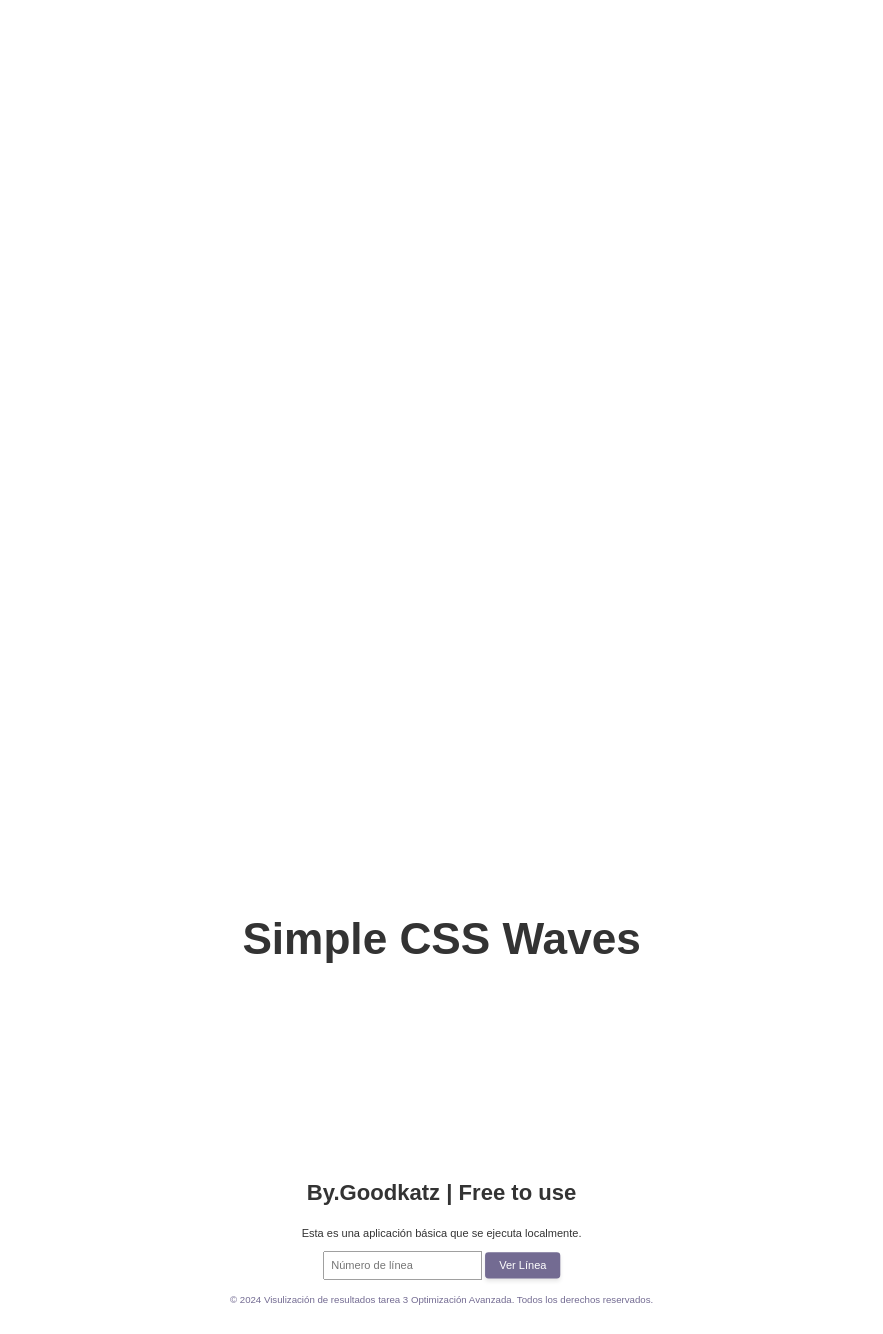
Repository: cflorido/Front_T3
Page: index.html
The author's editor kept a copy of each file at every save. The page is drawn from the files as they stood at one save, then again after the next save.
The browser window is 1280 px wide. The pictures show the whole page, at 69% of full size.

Above is the page before, as saved 2024-10-22 19:02:21.

### index.html
<!DOCTYPE html>
<html lang="es">
<head>
    <meta charset="UTF-8">
    <meta name="viewport" content="width=device-width, initial-scale=1.0">
    <title>Mi Aplicación HTML Básica</title>
    <style>
        body {
            font-family: Arial, sans-serif;
            background-color: #ffffff; /* Color de fondo */
            color: #333;
            text-align: center;
            padding: 20px;
        }
        button {
            padding: 10px 20px;
            font-size: 16px;
            cursor: pointer;
            background-color: #736B92; /* Color de fondo del botón */
            color: white; /* Color del texto */
            border: none; /* Sin borde */
            border-radius: 5px; /* Bordes redondeados */
            transition: background-color 0.3s; /* Efecto de transición */
            box-shadow: 0 4px 6px rgba(0, 0, 0, 0.1); /* Sombra */
        }
        button:hover {
            background-color: #7D5C65; /* Color más oscuro al pasar el mouse */
        }
        #contenido {
            margin-top: 20px;
            padding: 10px;
            border: 1px solid #7C90DB; /* Borde color */
            background-color: #fff; /* Fondo blanco */
            border-radius: 8px; /* Bordes redondeados */
            box-shadow: 0 2px 10px rgba(0, 0, 0, 0.2); /* Sombra */
            display: none; /* Oculto por defecto */
        }
        table {
            margin: 20px auto;
            border-collapse: collapse;
            width: 80%;
            border-radius: 8px; /* Bordes redondeados */
            overflow: hidden; /* Esconde bordes */
        }
        th, td {
            border: 1px solid #736B92; /* Borde de las celdas */
            padding: 10px;
            text-align: center;
            width: 14.28%; /* Para que se divida el espacio en 7 columnas */
        }
        th {
            background-color: #9593D9; /* Color de fondo del encabezado */
            color: white; /* Color del texto en el encabezado */
            font-weight: bold; /* Texto en negrita */
        }
        td {
            background-color: #E5BEED; /* Color de fondo de las celdas */
            transition: background-color 0.3s; /* Efecto de transición */
        }
        td.utilizado {
            background-color: #7C90DB; /* Color para las franjas utilizadas */
            color: white; /* Color del texto en las celdas utilizadas */
            font-weight: bold; /* Texto en negrita */
        }
        .footer {
            margin-top: 20px;
            font-size: 14px;
            color: #736B92; /* Color del texto del pie de página */
        }
    </style>
</head>
<body>
    <h1>


        <div class="header">

            <!--Content before waves-->
            <div class="inner-header flex">
            <!--Just the logo.. Don't mind this-->
            <svg version="1.1" class="logo" baseProfile="tiny" id="Layer_1" xmlns="http://www.w3.org/2000/svg"
            xmlns:xlink="http://www.w3.org/1999/xlink" x="0px" y="0px" viewBox="0 0 500 500" xml:space="preserve">
            <path fill="#FFFFFF" stroke="#000000" stroke-width="10" stroke-miterlimit="10" d="M57,283" />
            <g><path fill="#fff"
            d="M250.4,0.8C112.7,0.8,1,112.4,1,250.2c0,137.7,111.7,249.4,249.4,249.4c137.7,0,249.4-111.7,249.4-249.4
            C499.8,112.4,388.1,0.8,250.4,0.8z M383.8,326.3c-62,0-101.4-14.1-117.6-46.3c-17.1-34.1-2.3-75.4,13.2-104.1
            c-22.4,3-38.4,9.2-47.8,18.3c-11.2,10.9-13.6,26.7-16.3,45c-3.1,20.8-6.6,44.4-25.3,62.4c-19.8,19.1-51.6,26.9-100.2,24.6l1.8-39.7    c35.9,1.6,59.7-2.9,70.8-13.6c8.9-8.6,11.1-22.9,13.5-39.6c6.3-42,14.8-99.4,141.4-99.4h41L333,166c-12.6,16-45.4,68.2-31.2,96.2  c9.2,18.3,41.5,25.6,91.2,24.2l1.1,39.8C390.5,326.2,387.1,326.3,383.8,326.3z" />
            </g>
            </svg>
            <h1>Simple CSS Waves</h1>
            </div>

            <!--Waves Container-->
            <div>
            <svg class="waves" xmlns="http://www.w3.org/2000/svg" xmlns:xlink="http://www.w3.org/1999/xlink"
            viewBox="0 24 150 28" preserveAspectRatio="none" shape-rendering="auto">
            <defs>
            <path id="gentle-wave" d="M-160 44c30 0 58-18 88-18s 58 18 88 18 58-18 88-18 58 18 88 18 v44h-352z" />
            </defs>
            <g class="parallax">
            <use xlink:href="#gentle-wave" x="48" y="0" fill="rgba(255,255,255,0.7" />
            <use xlink:href="#gentle-wave" x="48" y="3" fill="rgba(255,255,255,0.5)" />
            <use xlink:href="#gentle-wave" x="48" y="5" fill="rgba(255,255,255,0.3)" />
            <use xlink:href="#gentle-wave" x="48" y="7" fill="#fff" />
            </g>
            </svg>
            </div>
            <!--Waves end-->

            </div>
            <!--Header ends-->

            <!--Content starts-->
            <div class="content flex">
              <p>By.Goodkatz | Free to use </p>
            </div>

    </h1>
    <p>Esta es una aplicación básica que se ejecuta localmente.</p>

    <input type="number" id="numeroLinea" placeholder="Número de línea" min="1" style="padding: 10px; font-size: 16px;">
    <button onclick="cargarLinea()">Ver Línea</button>

    <div id="contenido"></div>

    <div class="footer">
        <p>&copy; 2024 Visulización de resultados tarea 3 Optimización Avanzada. Todos los derechos reservados.</p>
    </div>

    <script>
        let lineas = []; // Array para almacenar las líneas del archivo

        // Función para cargar el contenido del archivo y dividirlo en líneas
        function cargarContenido() {
            fetch('data.txt')
                .then(response => {
                    if (!response.ok) {
                        throw new Error('Error al cargar el archivo: ' + response.statusText);
                    }
                    return response.text();
                })
                .then(data => {
                    lineas = data.split('\n'); // Divide el contenido en líneas
                })
                .catch(error => {
                    console.error(error);
                    alert('No se pudo cargar el contenido.');
                });
        }

        // Función para mostrar la línea seleccionada
        function cargarLinea() {
            const numeroLinea = document.getElementById("numeroLinea").value;
            const contenidoDiv = document.getElementById("contenido");

            // Verificar si el número de línea es válido
            if (numeroLinea > 0 && numeroLinea <= lineas.length) {
                const horario = JSON.parse(lineas[numeroLinea - 1]); // Parsear la línea como JSON
                mostrarHorario(horario); // Mostrar el horario en forma de tabla
                contenidoDiv.style.display = 'block'; // Muestra el div
            } else {
                alert('Número de línea no válido. Intenta de nuevo.');
            }
        }

        // Función para mostrar el horario en una tabla
        function mostrarHorario(horario) {
            const contenidoDiv = document.getElementById("contenido");
            contenidoDiv.innerHTML = ''; // Limpiar el contenido previo

            // Crear la tabla
            const tabla = document.createElement('table');
            const thead = document.createElement('thead');
            const tbody = document.createElement('tbody');

            // Crear encabezado de la tabla
            const encabezado = document.createElement('tr');
            const dias = ['Franja Horaria', 'Lunes', 'Martes', 'Miércoles', 'Jueves', 'Viernes', 'Sábado', 'Domingo'];
            dias.forEach(dia => {
                const th = document.createElement('th');
                th.textContent = dia;
                encabezado.appendChild(th);
            });
            thead.appendChild(encabezado);
            tabla.appendChild(thead);

            // Crear filas de horarios
            for (let i = 0; i < 12; i++) { // 12 franjas horarias
                const fila = document.createElement('tr');

                // Calcular la franja horaria
                const horaInicio = (i * 2) % 24;
                const horaFin = (horaInicio + 2) % 24;
                const franjaHoraria = `${horaInicio < 10 ? '0' : ''}${horaInicio}:00 - ${horaFin < 10 ? '0' : ''}${horaFin}:00`;

                // Añadir la franja horaria a la celda
                const celdaFranja = document.createElement('td');
                celdaFranja.textContent = franjaHoraria;
                fila.appendChild(celdaFranja);

                for (let j = 0; j < 7; j++) { // 7 días de la semana
                    const celda = document.createElement('td');
                    celda.textContent = horario[i * 7 + j]; // Calcular la posición en el array
                    if (horario[i * 7 + j] === 1) {
                        celda.classList.add('utilizado'); // Añadir clase si es utilizado
                    }
                    fila.appendChild(celda);
                }
                tbody.appendChild(fila);
            }

            tabla.appendChild(tbody);
            contenidoDiv.appendChild(tabla);
        }

        // Cargar el contenido del archivo al inicio
        cargarContenido();
    </script>
</body>
</html>

After the next save:
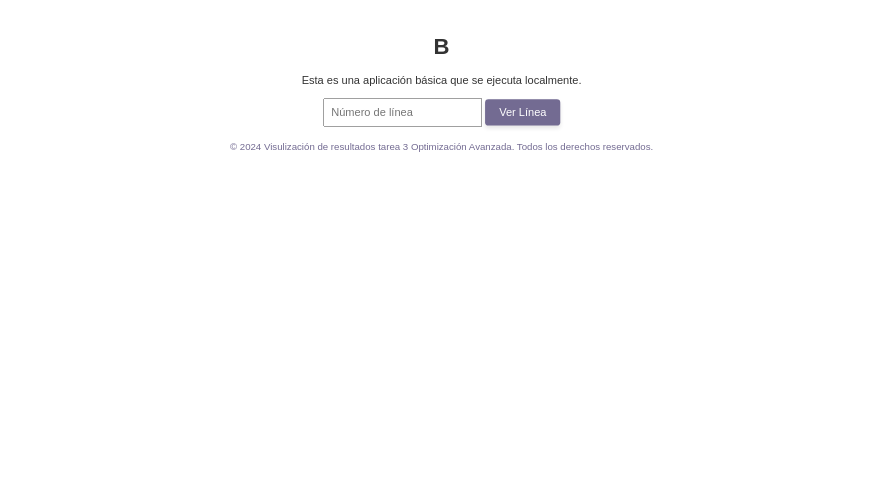
Saved 25 s later.
--- a/index.html
+++ b/index.html
@@ -70,52 +70,7 @@
     </style>
 </head>
 <body>
-    <h1>
-
-
-        <div class="header">
-
-            <!--Content before waves-->
-            <div class="inner-header flex">
-            <!--Just the logo.. Don't mind this-->
-            <svg version="1.1" class="logo" baseProfile="tiny" id="Layer_1" xmlns="http://www.w3.org/2000/svg"
-            xmlns:xlink="http://www.w3.org/1999/xlink" x="0px" y="0px" viewBox="0 0 500 500" xml:space="preserve">
-            <path fill="#FFFFFF" stroke="#000000" stroke-width="10" stroke-miterlimit="10" d="M57,283" />
-            <g><path fill="#fff"
-            d="M250.4,0.8C112.7,0.8,1,112.4,1,250.2c0,137.7,111.7,249.4,249.4,249.4c137.7,0,249.4-111.7,249.4-249.4
-            C499.8,112.4,388.1,0.8,250.4,0.8z M383.8,326.3c-62,0-101.4-14.1-117.6-46.3c-17.1-34.1-2.3-75.4,13.2-104.1
-            c-22.4,3-38.4,9.2-47.8,18.3c-11.2,10.9-13.6,26.7-16.3,45c-3.1,20.8-6.6,44.4-25.3,62.4c-19.8,19.1-51.6,26.9-100.2,24.6l1.8-39.7    c35.9,1.6,59.7-2.9,70.8-13.6c8.9-8.6,11.1-22.9,13.5-39.6c6.3-42,14.8-99.4,141.4-99.4h41L333,166c-12.6,16-45.4,68.2-31.2,96.2  c9.2,18.3,41.5,25.6,91.2,24.2l1.1,39.8C390.5,326.2,387.1,326.3,383.8,326.3z" />
-            </g>
-            </svg>
-            <h1>Simple CSS Waves</h1>
-            </div>
-
-            <!--Waves Container-->
-            <div>
-            <svg class="waves" xmlns="http://www.w3.org/2000/svg" xmlns:xlink="http://www.w3.org/1999/xlink"
-            viewBox="0 24 150 28" preserveAspectRatio="none" shape-rendering="auto">
-            <defs>
-            <path id="gentle-wave" d="M-160 44c30 0 58-18 88-18s 58 18 88 18 58-18 88-18 58 18 88 18 v44h-352z" />
-            </defs>
-            <g class="parallax">
-            <use xlink:href="#gentle-wave" x="48" y="0" fill="rgba(255,255,255,0.7" />
-            <use xlink:href="#gentle-wave" x="48" y="3" fill="rgba(255,255,255,0.5)" />
-            <use xlink:href="#gentle-wave" x="48" y="5" fill="rgba(255,255,255,0.3)" />
-            <use xlink:href="#gentle-wave" x="48" y="7" fill="#fff" />
-            </g>
-            </svg>
-            </div>
-            <!--Waves end-->
-
-            </div>
-            <!--Header ends-->
-
-            <!--Content starts-->
-            <div class="content flex">
-              <p>By.Goodkatz | Free to use </p>
-            </div>
-
-    </h1>
+    <h1>B</h1>
     <p>Esta es una aplicación básica que se ejecuta localmente.</p>
 
     <input type="number" id="numeroLinea" placeholder="Número de línea" min="1" style="padding: 10px; font-size: 16px;">
